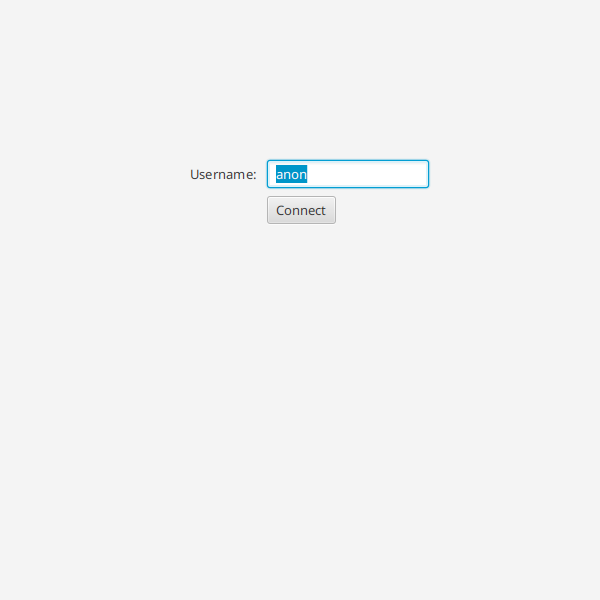
Repository: silic4-ivey/River
Program's window: java RiverClient/src/Main.java
These files come from the project's save history. The program's window is drawn as it stood at one moment and after the next save; the edit follows.
It runs on Java 21 on a 1366 x 768 screen with JavaFX 11; the title bar is not drawn. It also reads RiverClient/src/resources/fonts/Modeseven-L3n5.ttf.

Above is the program's window before, as saved 2021-08-16 18:12:24.

After the next save:
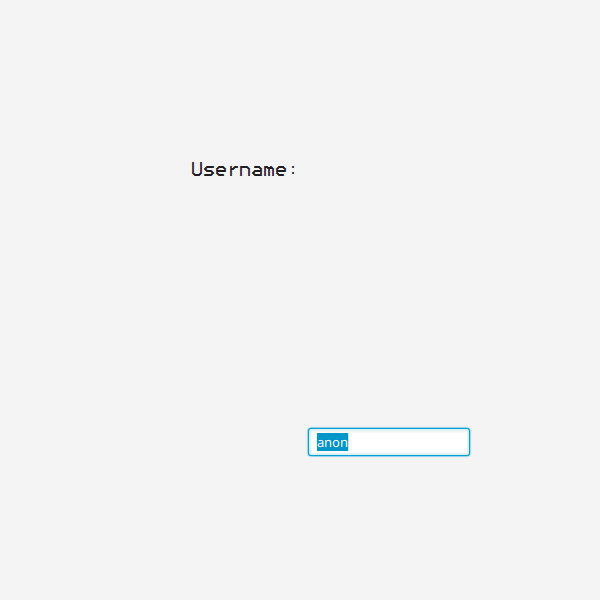
Saved 16 s later.
--- a/RiverClient/src/MainUI.java
+++ b/RiverClient/src/MainUI.java
@@ -33,7 +33,7 @@
 	            Font.loadFont(getClass()
 	                .getResourceAsStream(fontPath + modeSeven), 20);
 
-		//text.setFont(terminalFont);
+		userLbl.setFont(terminalFont);
 
 		Button connectButton = new Button("Connect");
 		connectButton.setOnAction(e ->startConnection(text.getText()));   ///////////////////////////////

After the save that followed:
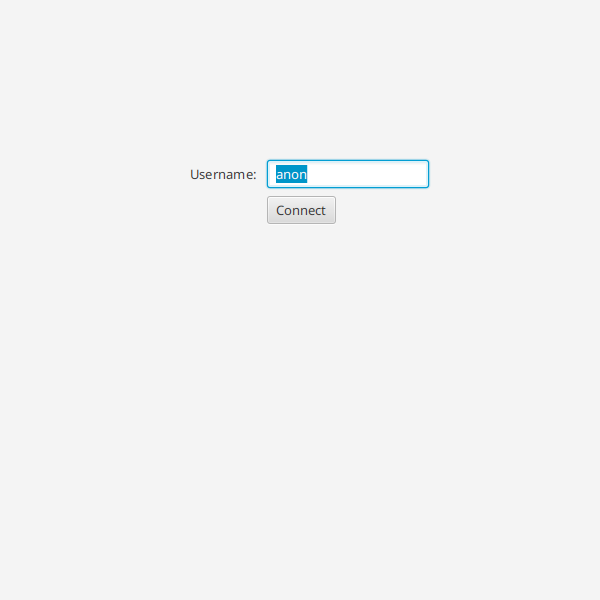
Saved 12 s later.
--- a/RiverClient/src/MainUI.java
+++ b/RiverClient/src/MainUI.java
@@ -33,7 +33,7 @@
 	            Font.loadFont(getClass()
 	                .getResourceAsStream(fontPath + modeSeven), 20);
 
-		userLbl.setFont(terminalFont);
+		//text.setFont(terminalFont);
 
 		Button connectButton = new Button("Connect");
 		connectButton.setOnAction(e ->startConnection(text.getText()));   ///////////////////////////////
